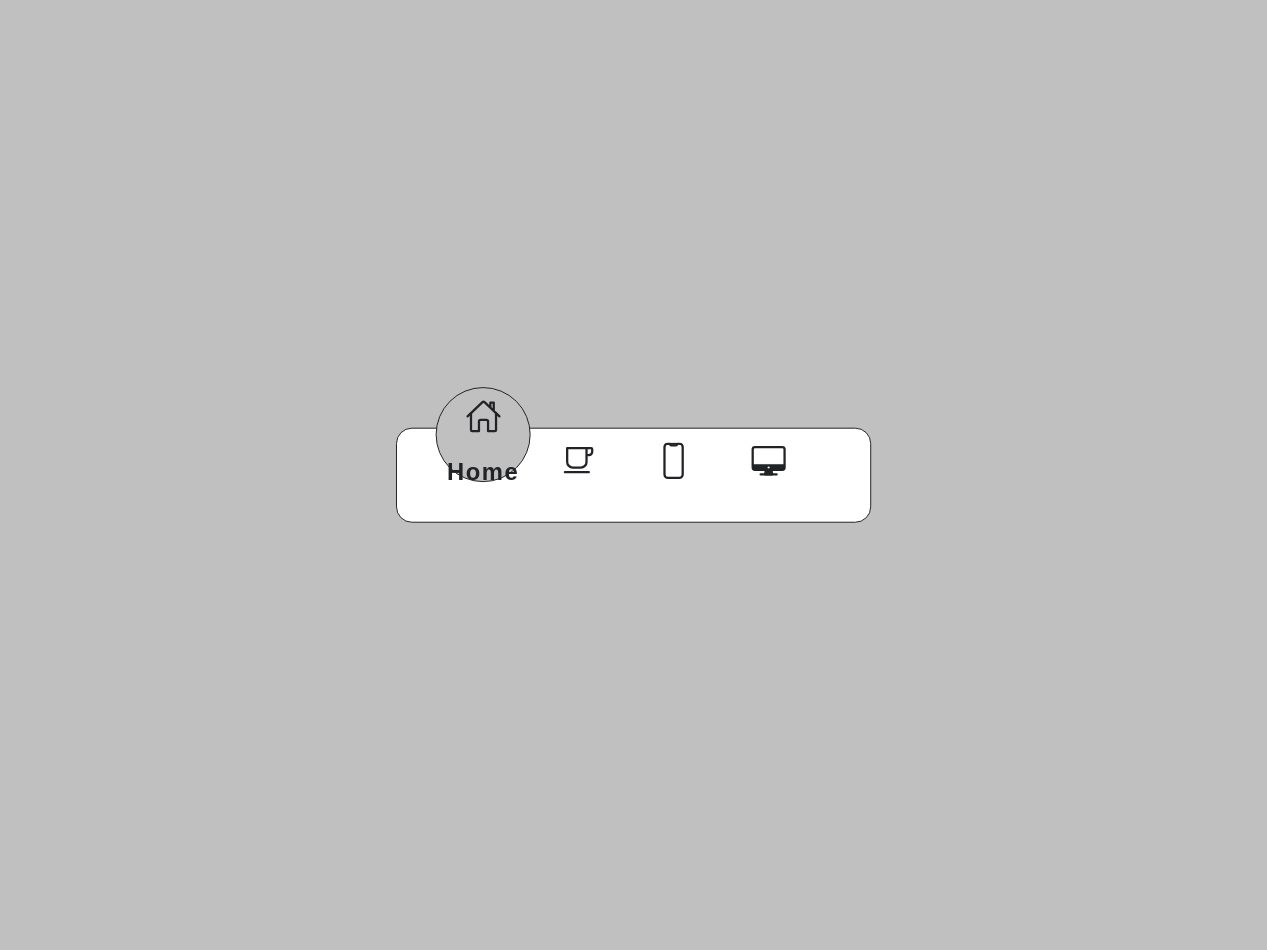
Repository: DevJoeYC/Metabukcs
Page: http://localhost/metabucks/
An editor plug-in stored every save of this project. The page is shown before and after the next save, followed by the edit.
The browser window is 1280 px wide. The pictures show the whole page, at 99% of full size.
The page is served by Tomcat 9.

Above is the page before, as saved 2022-05-27 01:11:52.

After the next save:
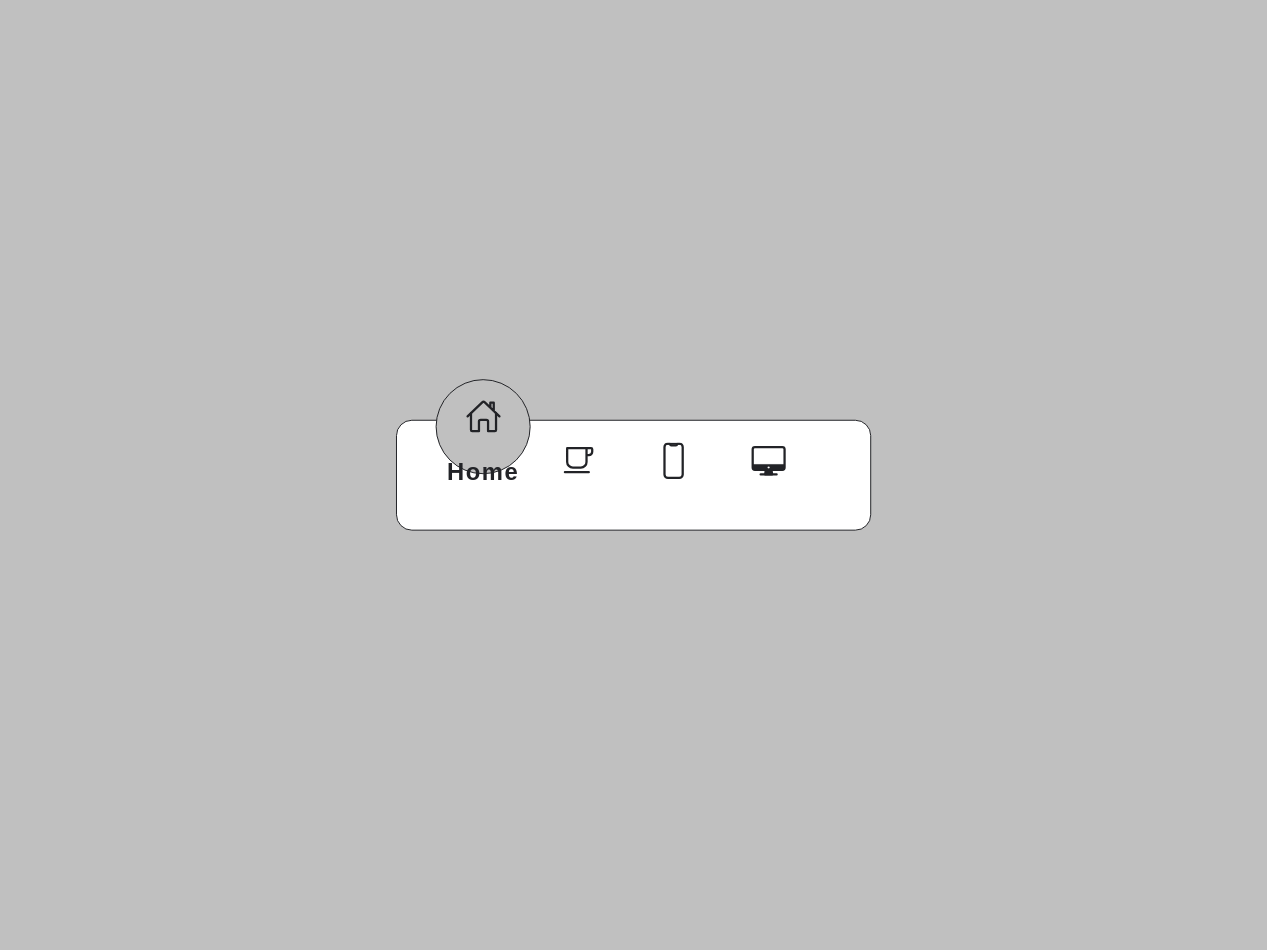
Saved 16 s later.
--- a/metabucks/WebContent/show/test.css
+++ b/metabucks/WebContent/show/test.css
@@ -23,7 +23,7 @@ body
 {
 	position: relative;
 	width: 30rem;
-	height: 6rem;
+	height: 7rem;
 	background: #fff;
 	display: flex;
 	justify-content: center;
